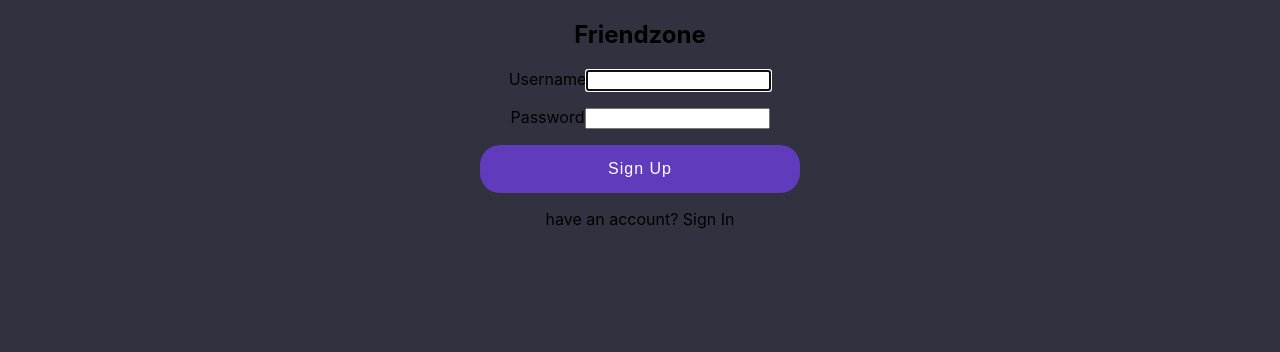
Repository: DerickT02/friend-zone
Page: /
These files come from the project's save history. The page is drawn as it stood at one moment and after the next save; the edit follows.
The browser window is 1280 px wide. The pictures show the whole page.
The project was rebuilt for these pictures with package versions that can differ from the ones it lists, and the page was loaded fresh each time. Also part of the build but not shown: src/Appreducer.js, src/GlobalState.js, src/Post.js, src/Homepage.js, src/fire.js.

Above is the page before, as saved 2021-07-07 07:39:23.

After the next save:
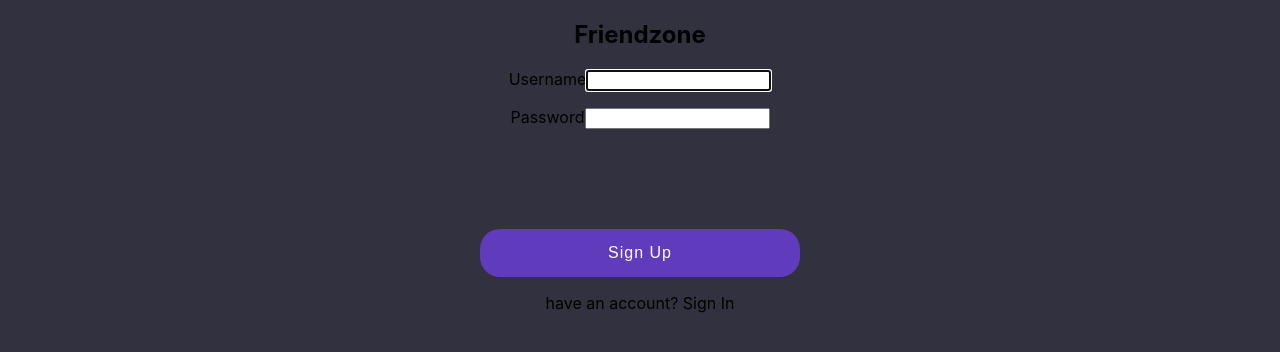
Saved 21 s later.
--- a/src/Login.css
+++ b/src/Login.css
@@ -1,6 +1,12 @@
 * {
   box-sizing: border-box;
 }
+
+
+.btnContainer {
+  margin-top: 100px;
+}
+
 
 .btnContainer button {
   border: none;
